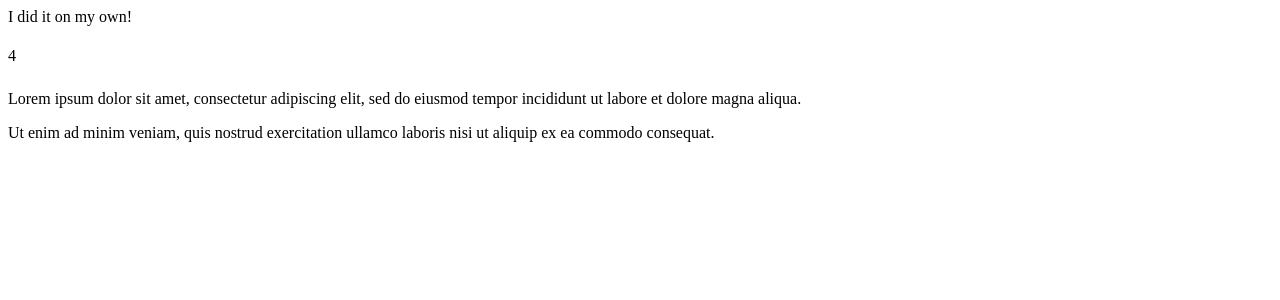
Repository: nashthecoder/code4days
Page: html_boilerplate/index.html
An editor plug-in stored every save of this project. The page is shown before and after the next save, followed by the edit.
The browser window is 1280 px wide. The pictures show the whole page.

Above is the page before, as saved 2023-03-16 14:37:47.

After the next save:
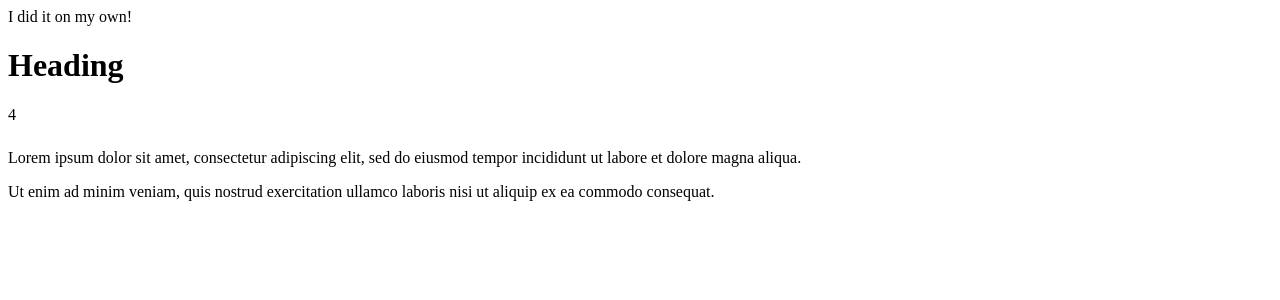
Saved 5 s later.
--- a/html_boilerplate/index.html
+++ b/html_boilerplate/index.html
@@ -9,7 +9,7 @@
 <body>
     I did it on my own!
 </body>
-<h1></h1>
+<h1>Heading</h1>
 <h2></h2>
 <h3></h3>
 <h>4</h>
